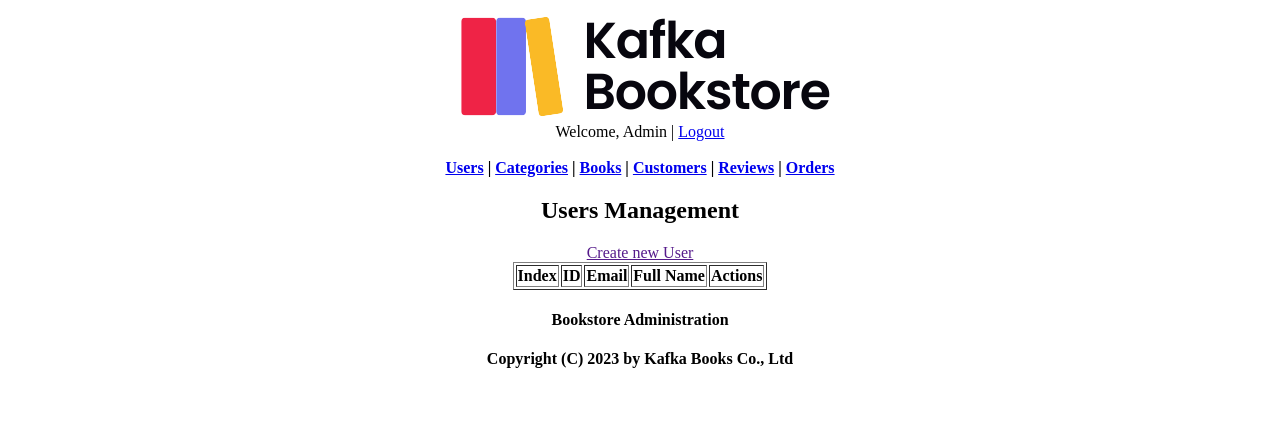
Repository: janvi2502/BookStore
Page: http://localhost/BookStoreWebsite/admin/user_list.jsp
An editor plug-in stored every save of this project. The page is shown before and after the next save, followed by the edit.
The browser window is 1280 px wide. The pictures show the whole page.
The page is served by Tomcat 10. Other server files are loaded and not shown.

Above is the page before, as saved 2023-10-23 12:25:41.

### BookStoreWebsite/WebContent/admin/user_list.jsp
<%@ page language="java" contentType="text/html; charset=UTF-8"
	pageEncoding="UTF-8"%>
<!DOCTYPE html>
<html>
<head>
<meta charset="UTF-8">
<title>Manage Users - Kafka Bookstore Administration</title>
</head>
<body>
	<jsp:directive.include file="header.jsp" />
	<div align="center">
		<h2>Users Management</h2>
		<a href="">Create new User</a>
	</div>

	<div align="center">
		<table border="1">
			<tr>
			<th>Index</th>
			<th>ID</th>
			<th>Email</th>
			<th>Full Name</th>
			<th>Actions</th>
			</tr>
		</table>
	</div>

	<jsp:directive.include file="footer.jsp" />
</body>
</html>

### BookStoreWebsite/WebContent/admin/header.jsp
<div align="center">
	<div>
		<img src="../images/Kafka2.png" />
	</div>

	<div>
		Welcome, Admin | <a href="logout">Logout</a>
		<br/><br/>
	</div>
	<div>
		<b> <a href="list_users">Users</a> | <a href="categories">Categories</a>
			| <a href="books">Books</a> | <a href="customer">Customers</a> | <a
			href="reviews">Reviews</a> | <a href="orders">Orders</a>
		</b>
	</div>
</div>

### BookStoreWebsite/WebContent/admin/footer.jsp
<div align="center">
	<h4>Bookstore Administration</h4>
	<h4>Copyright (C) 2023 by Kafka Books Co., Ltd</h4>
</div>

After the next save:
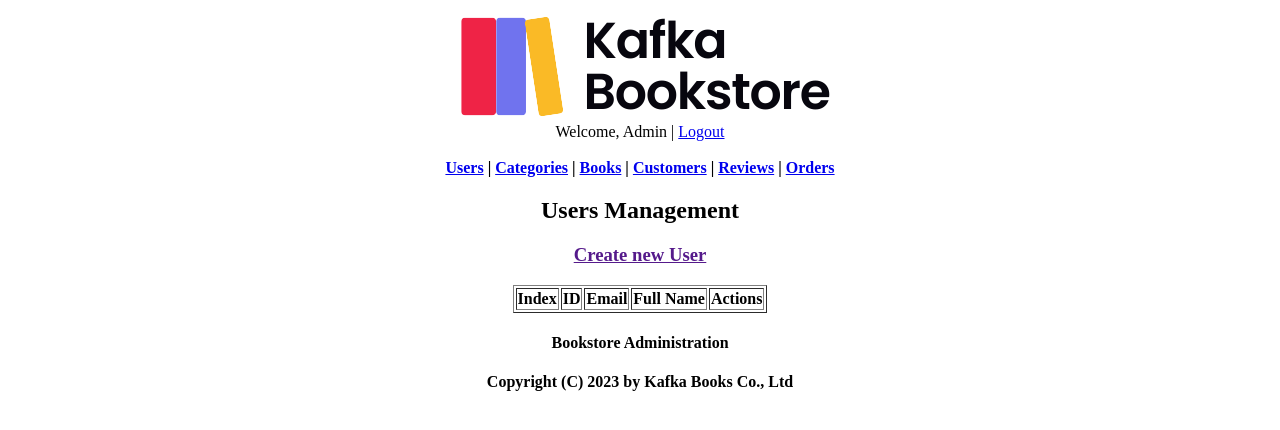
Saved 66 s later.
--- a/BookStoreWebsite/WebContent/admin/user_list.jsp
+++ b/BookStoreWebsite/WebContent/admin/user_list.jsp
@@ -10,17 +10,17 @@
 	<jsp:directive.include file="header.jsp" />
 	<div align="center">
 		<h2>Users Management</h2>
-		<a href="">Create new User</a>
+		<h3><a href="">Create new User</a></h3>
 	</div>
 
 	<div align="center">
 		<table border="1">
 			<tr>
-			<th>Index</th>
-			<th>ID</th>
-			<th>Email</th>
-			<th>Full Name</th>
-			<th>Actions</th>
+				<th>Index</th>
+				<th>ID</th>
+				<th>Email</th>
+				<th>Full Name</th>
+				<th>Actions</th>
 			</tr>
 		</table>
 	</div>
